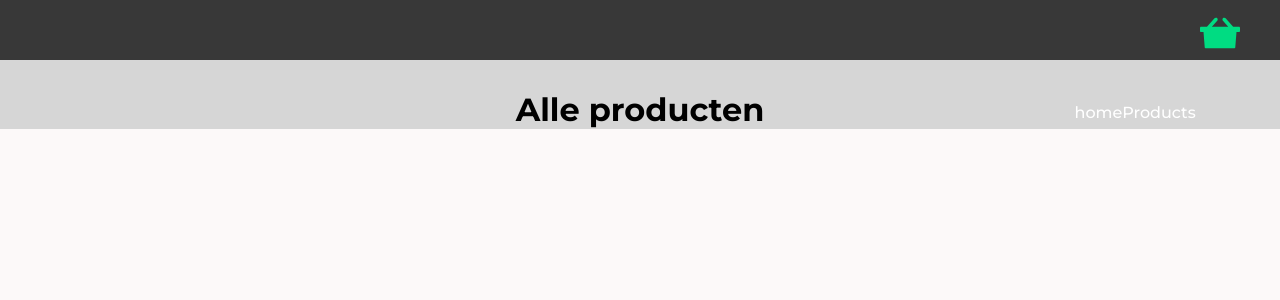
Repository: jodelajo/nuxt-product-page
Page: /
An editor plug-in stored every save of this project. The page is shown before and after the next save, followed by the edit.
The browser window is 1280 px wide. The pictures show the whole page.
The page's requests for data from a server got no answer. The project was rebuilt for these pictures with package versions that can differ from the ones it lists, and the page was loaded fresh each time. The framework's server and built-in components were replaced by stand-ins that run in the browser. No one was signed in, and anything a server would have sent is missing. Also part of the build but not shown: nuxt.config.js, components/BuyButton.vue, components/CartPrices.vue, components/Counter.vue, components/FilterIcon.vue, components/HomeIcon.vue, components/IncDecButtons.vue, components/MyItem.vue and 8 more.

Above is the page before, as saved 2021-12-03 15:42:46.

After the next save:
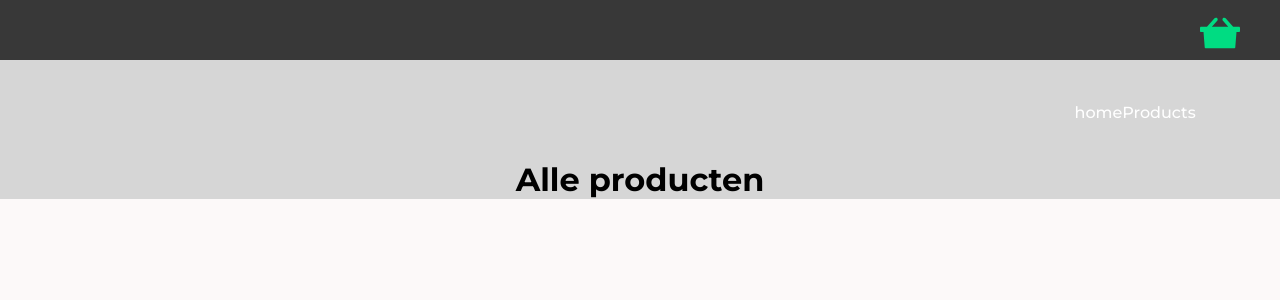
Saved 8 s later.
--- a/pages/index.vue
+++ b/pages/index.vue
@@ -68,6 +68,6 @@ export default {
   /* font-family: 'Readex Pro', sans-serif; */
 }
 .container h1 {
-  margin-top: 30px;
+  margin-top: 100px;
 }
 </style>
